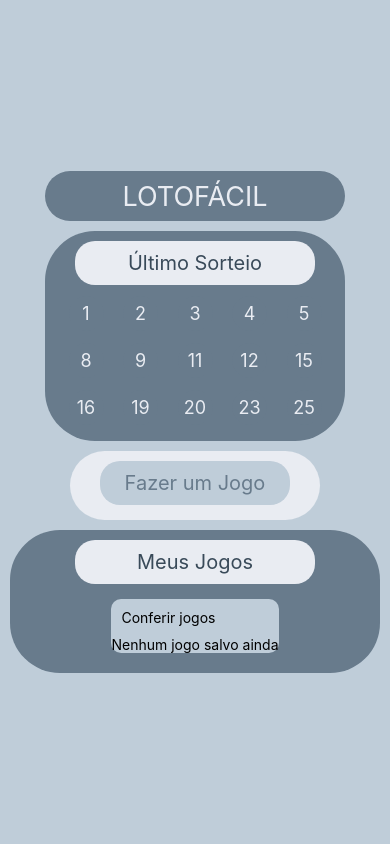
Repository: Deyvid-Kasteh/LotofacilApp
Screen: /
The author's editor kept a copy of each file at every save. The screen is drawn from the files as they stood at one save, then again after the next save.
The app was drawn by React Native's web renderer in a window 390 px wide. The project was rebuilt for these pictures with package versions that can differ from the ones it lists, and the page was loaded fresh each time. Also part of the build but not shown: Bolhas.js, components/Resultado.js, components/Jogo.js, paginaTESTE.js, paginaTESTE2.js, SeuComponentePai.js, components/ResultadoTexte2.js.

Above is the screen before, as saved 2023-12-02 23:18:26.

After the next save:
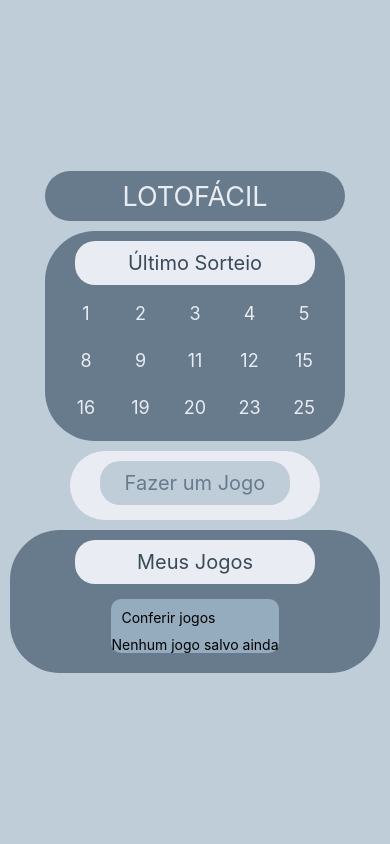
Saved 48 s later.
--- a/components/MostrarJogosSalvos.js
+++ b/components/MostrarJogosSalvos.js
@@ -49,7 +49,7 @@
       style={{
         borderRadius: 10,
         margin: 10,
-        backgroundColor: Cores.cor2,
+        backgroundColor: Cores.cor3,
       }}
     >
       <View
